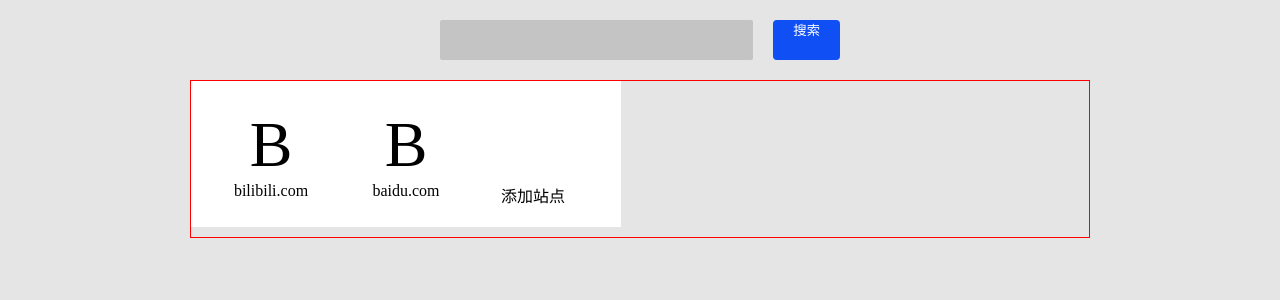
Repository: chenguocan/-
Page: src/index.html
An editor plug-in stored every save of this project. The page is shown before and after the next save, followed by the edit.
The browser window is 1280 px wide. The pictures show the whole page.

Above is the page before, as saved 2020-08-12 14:51:45.

After the next save:
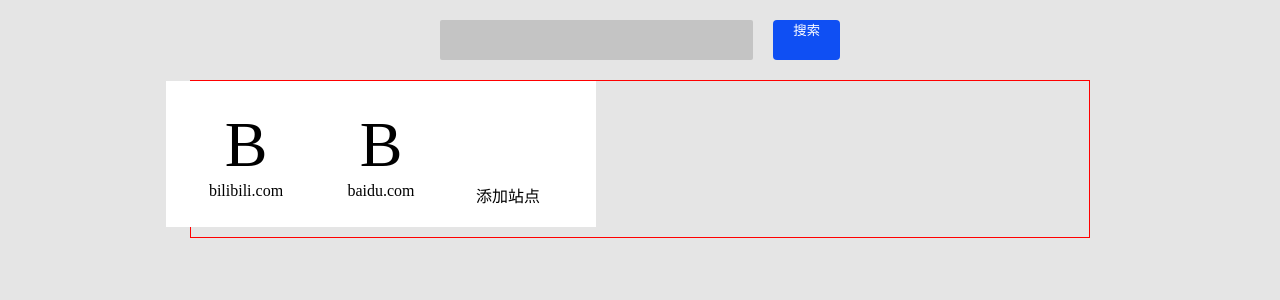
Saved 6 s later.
--- a/src/style.css
+++ b/src/style.css
@@ -84,7 +84,7 @@
 }
 @media(min-width:500px){
     .siteList .siteBox,.addButton{
-        margin-right: -25px;
+        margin-left: -25px;
     }
 }
 .siteList .siteBox>.logo{

After the save that followed:
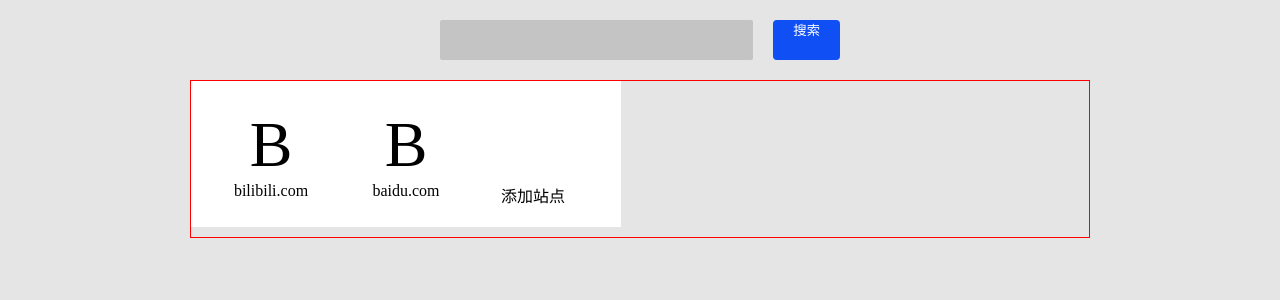
Saved 11 s later.
--- a/src/style.css
+++ b/src/style.css
@@ -84,7 +84,8 @@
 }
 @media(min-width:500px){
     .siteList .siteBox,.addButton{
-        margin-left: -25px;
+        margin-left: 0;
+        margin-right: -25px;
     }
 }
 .siteList .siteBox>.logo{
